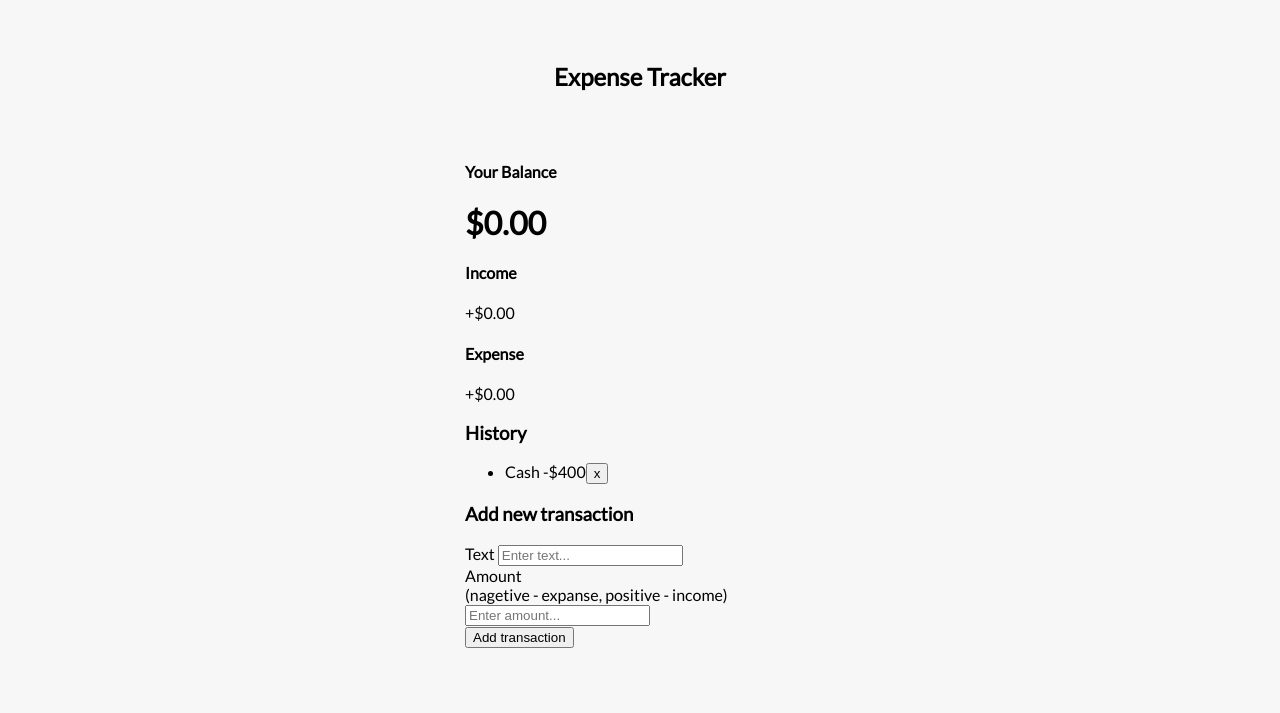
Repository: Youvelop/expenseTracker
Page: index.html
The author's editor kept a copy of each file at every save. The page is drawn from the files as they stood at one save, then again after the next save.
The browser window is 1280 px wide. The pictures show the whole page.

Above is the page before, as saved 2020-06-30 12:44:24.

After the next save:
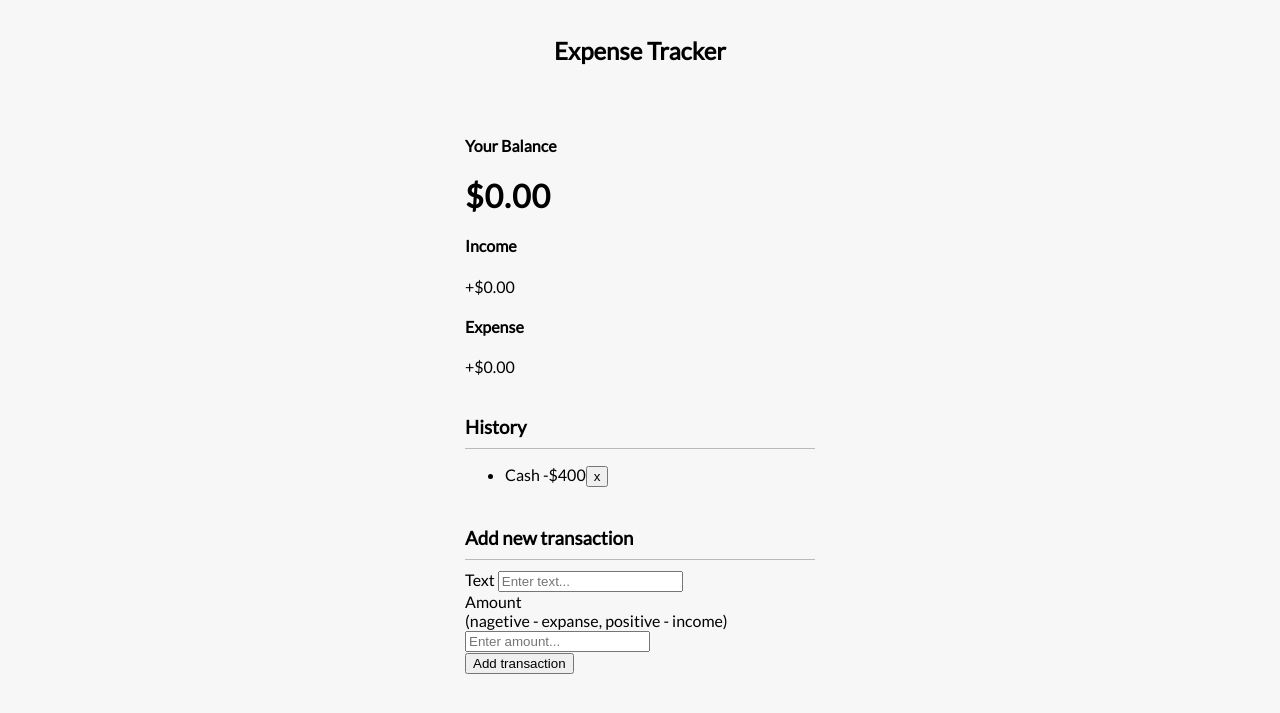
Saved 62 s later.
--- a/style.css
+++ b/style.css
@@ -22,3 +22,14 @@ body {
   margin: 30px;
   width: 350px;
 }
+
+h1 {
+  letter-spacing: 1px;
+  margin: 0;
+}
+
+h3 {
+  border-bottom: 1px solid #bbb;
+  padding-bottom: 10px;
+  margin: 40px 0 10px;
+}
